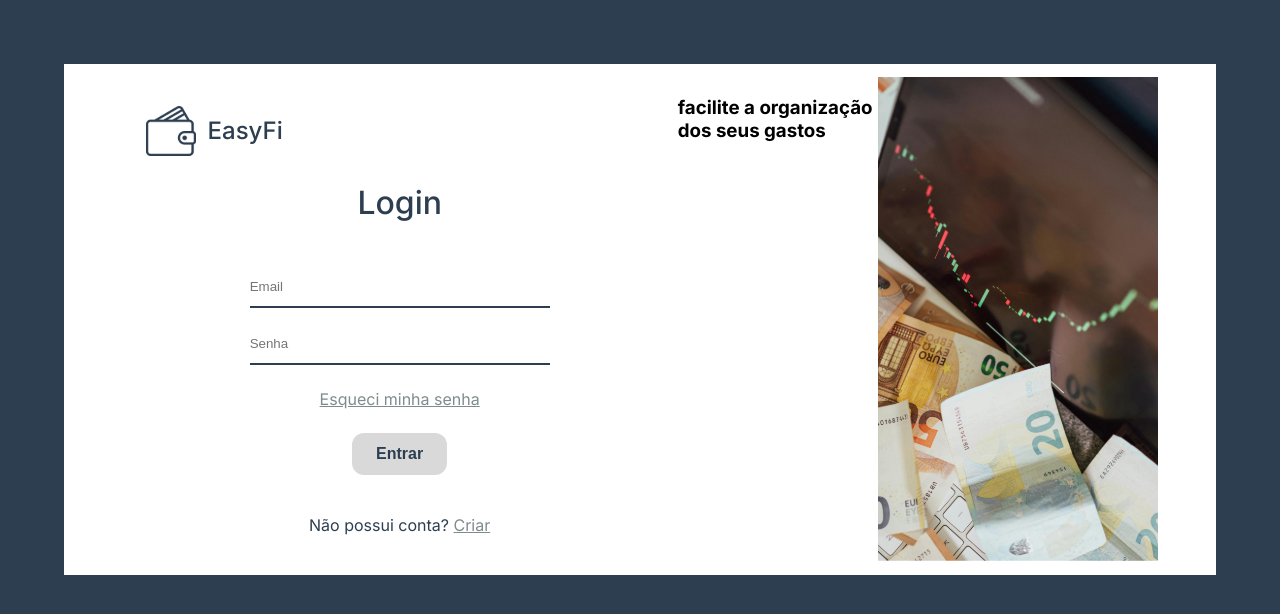
Repository: Ingridiag/projeto-engenharia
Page: login.html
These files come from the project's save history. The page is drawn as it stood at one moment and after a run of saves; the edit follows.
The browser window is 1280 px wide. The pictures show the whole page.

Above is the page before, as saved 2024-10-28 16:41:20.

After the next 2 saves:
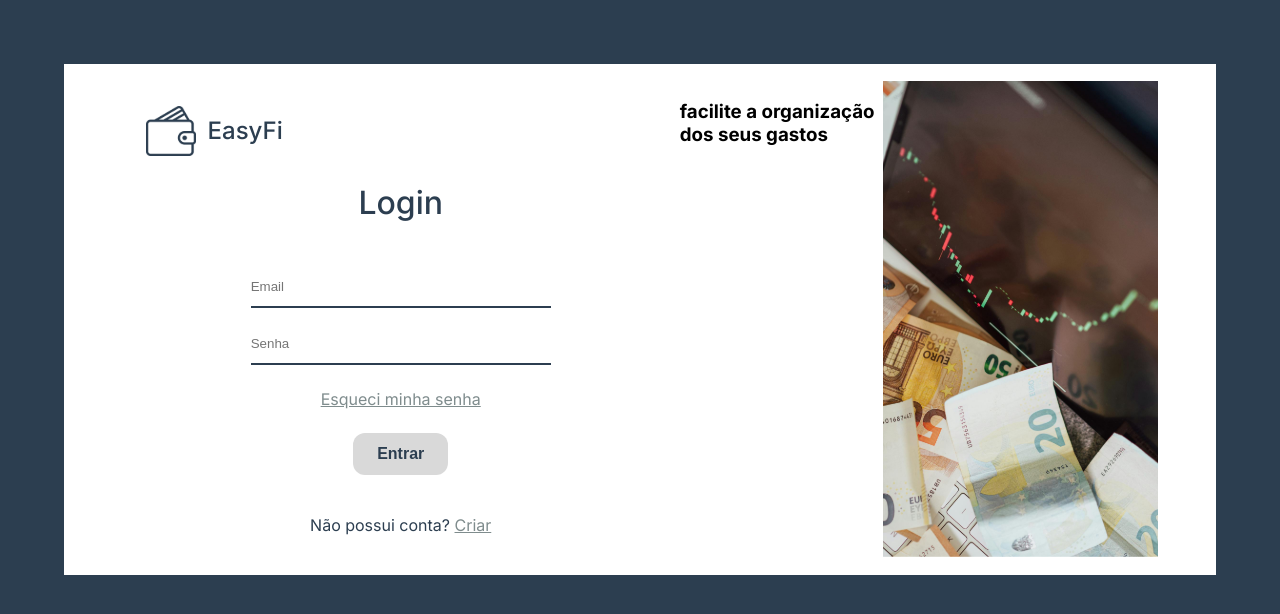
The 2 saves are shown as one change because they came seconds apart.
The last was saved 7 s later.
--- a/login.html
+++ b/login.html
@@ -50,7 +50,7 @@ rel="stylesheet">
                 <h3 class="mensagem">
                     facilite a organização dos seus gastos
                 </h3>
-                <img width="280" src="imagens/imagem_background.svg" alt="imagem_background">
+                <img width="275" src="imagens/imagem_background.svg" alt="imagem_background">
             </div>
         </div>
 
